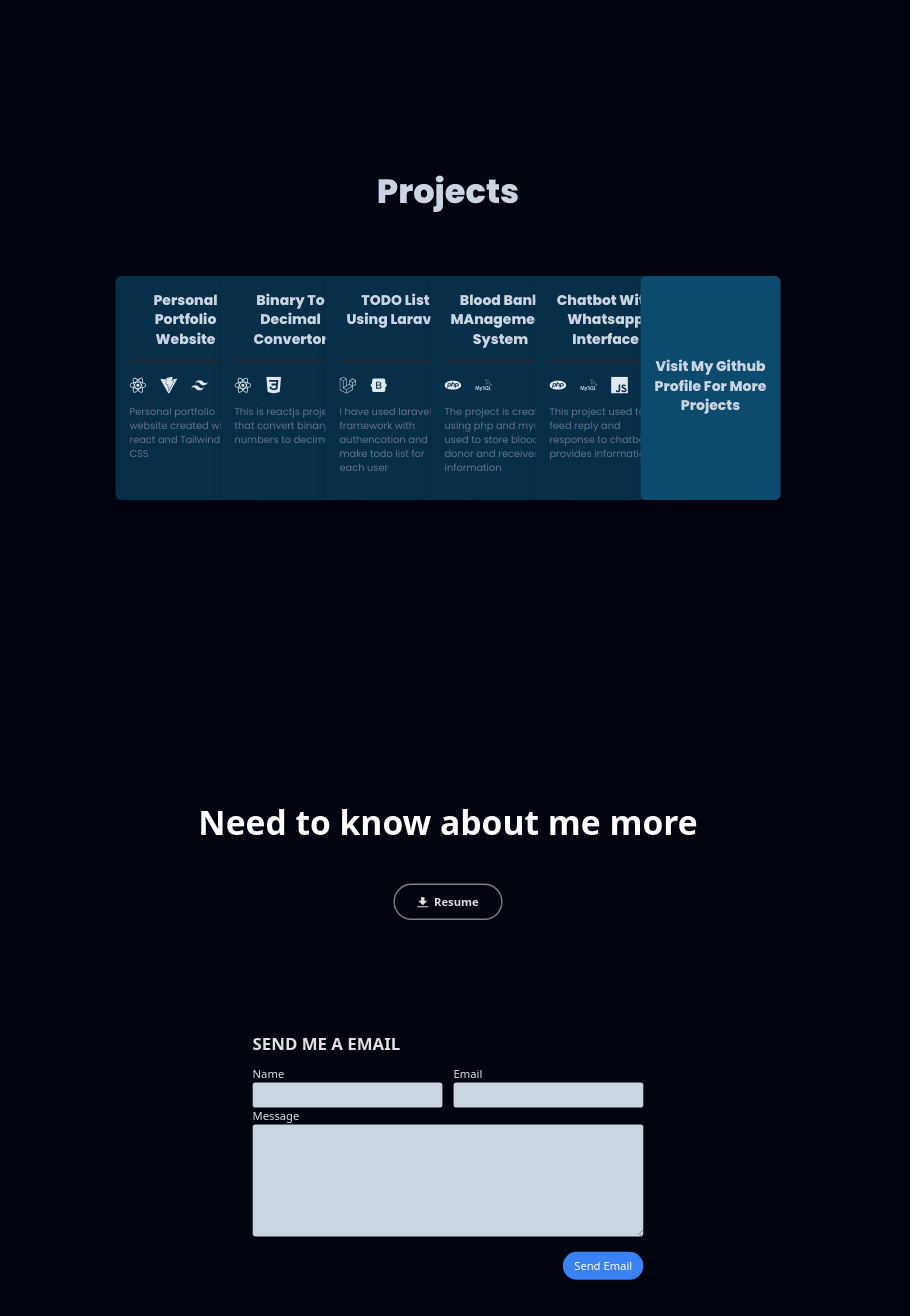
Repository: sibi24sibi/MyPersonalPortfolio
Page: /
An editor plug-in stored every save of this project. The page is shown before and after the next save, followed by the edit.
The browser window is 1280 px wide. The page is 1300 px wide, so the pictures cover 1300 px, including what lies to the right of the window. The pictures show the part of the page from y = 1586 to 3466 px (the page is 3494 px tall before and 3514 px after), at 70% of full size.
The project was rebuilt for these pictures with package versions that can differ from the ones it lists, and the page was loaded fresh each time. Also part of the build but not shown: vite.config.js, src/components/Menu.jsx, src/components/Footer.jsx.

Above is the page before, as saved 2024-05-03 20:31:55.

After the next save:
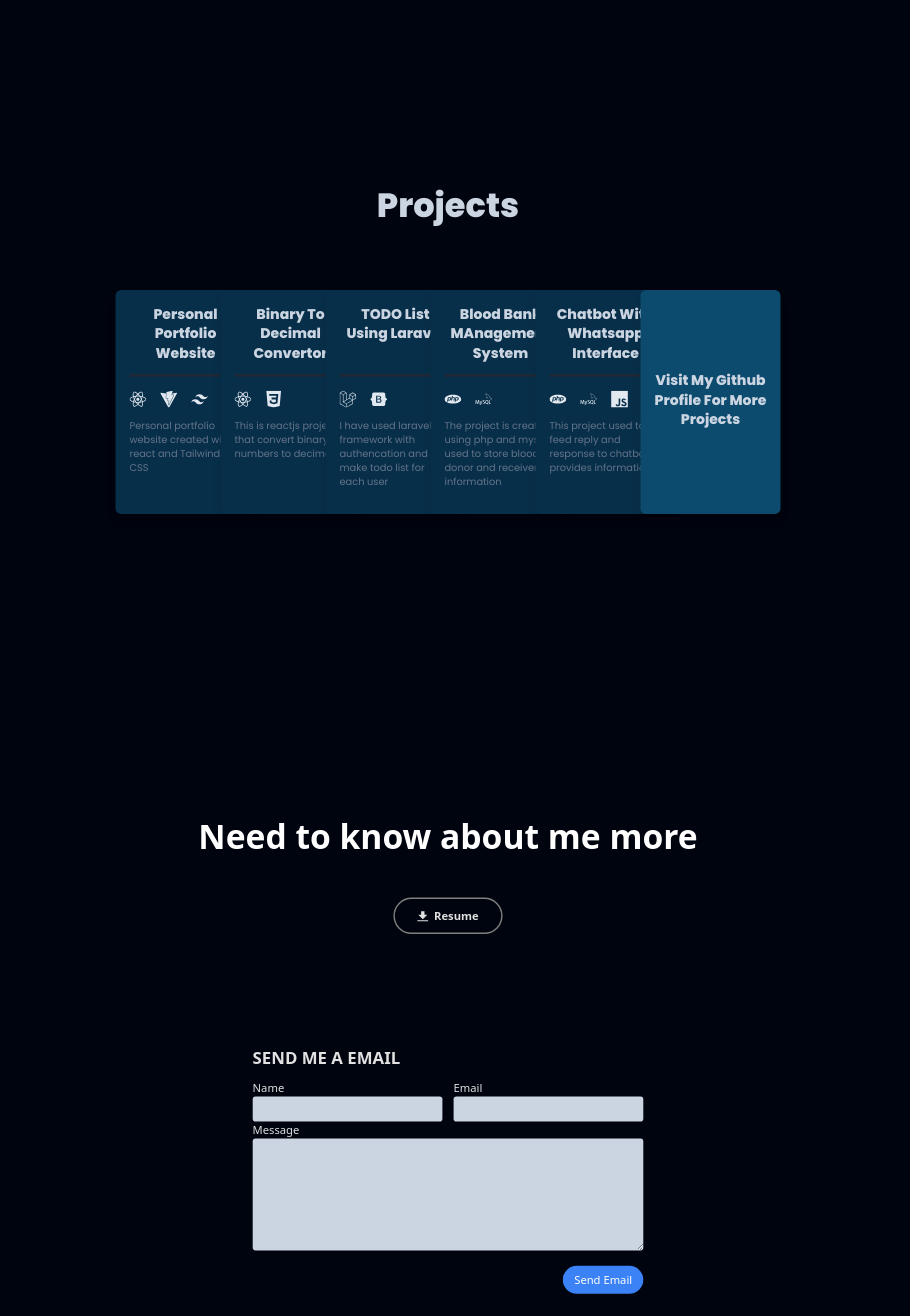
Saved 32 s later.
--- a/src/components/Projects.jsx
+++ b/src/components/Projects.jsx
@@ -35,7 +35,7 @@ const Projects = () => {
 
 <section
       id="projects"
-      className="EXPERIENCE p-5 mx-5 min-h-screen font-['Poppins']   max-sm:p-2 max-sm:mx-5"
+      className="EXPERIENCE p-5 mx-5 min-h-screen font-['Poppins'] mt-5   max-sm:p-2 max-sm:mx-5"
     >
 <h1 className="text-[#00040f] dark:text-slate-300 text-center font-extrabold text-5xl mb-24  max-sm:text-4xl  ">
           Projects
